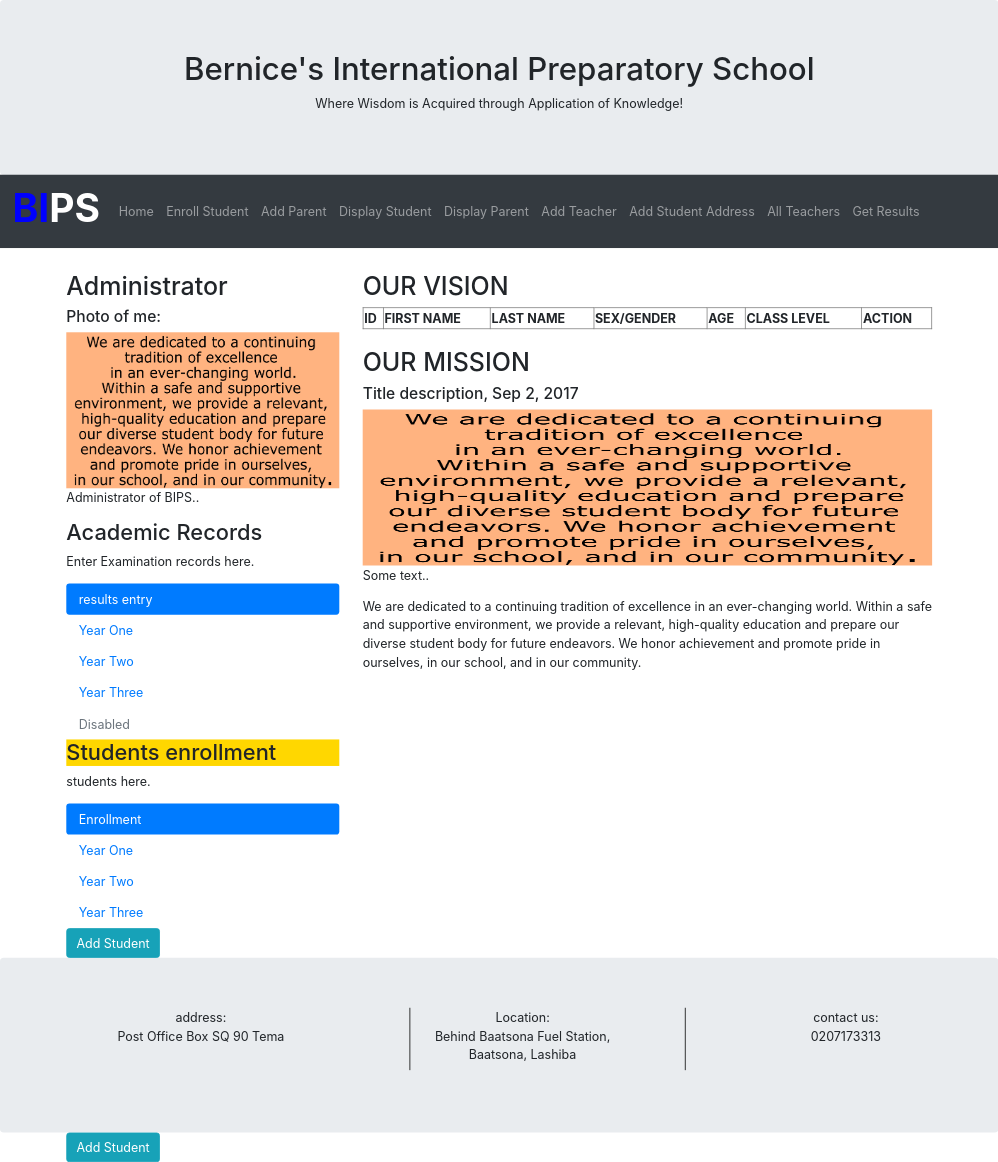
Repository: joseackah/eclipse-workspace
Page: http://localhost/com.school.mgt.system.Front.End/WEB-INF/views/adminHomePageExample2.jsp
An editor plug-in stored every save of this project. The page is shown before and after the next save, followed by the edit.
The browser window is 1280 px wide. The pictures show the whole page, at 78% of full size.
The page is served by Tomcat 9. Nobody is signed in. Other server files are loaded and not shown. The template is opened directly, without the code that normally fills it, so the values that code supplies are empty.

Above is the page before, as saved 2021-08-15 23:08:49.

### com.school.mgt.system.Front.End/src/main/webapp/WEB-INF/views/adminHomePageExample2.jsp
<%@ page language="java" contentType="text/html; charset=ISO-8859-1"
	pageEncoding="ISO-8859-1"%>
<%@ taglib uri="http://www.springframework.org/tags/form" prefix="form"%>
<%@ taglib uri="http://java.sun.com/jsp/jstl/core" prefix="c"%>
<!DOCTYPE html>
<html>
<head>
<meta charset="ISO-8859-1">
<title>Home Page</title>
<meta charset="utf-8">
<meta name="viewport" content="width=device-width, initial-scale=1">
<link rel="stylesheet"
	href="https://maxcdn.bootstrapcdn.com/bootstrap/4.5.2/css/bootstrap.min.css">
<script
	src="https://ajax.googleapis.com/ajax/libs/jquery/3.5.1/jquery.min.js"></script>
<script
	src="https://cdnjs.cloudflare.com/ajax/libs/popper.js/1.16.0/umd/popper.min.js"></script>
<script
	src="https://maxcdn.bootstrapcdn.com/bootstrap/4.5.2/js/bootstrap.min.js"></script>
<style>
.fakeimg {
	height: 200px;
	background: #aaa;
}
</style>
</head>
<body>
	<div class="jumbotron text-center" style="margin-bottom: 0">
		<h1>Bernice's International Preparatory School</h1>
		<p>Where Wisdom is Acquired through Application of Knowledge!</p>
	</div>

	<nav class="navbar navbar-expand-sm bg-dark navbar-dark">
		<a class="navbar-brand" href="#"><h1
				style="font-size: 50px; font-weight: bold;">
				<span style="color: blue; font-size:;">BI</span>PS
			</h1></a>
		<button class="navbar-toggler" type="button" data-toggle="collapse"
			data-target="#collapsibleNavbar">
			<span class="navbar-toggler-icon"></span>
		</button>
		<div class="collapse navbar-collapse" id="collapsibleNavbar">
			<ul class="navbar-nav">
				<li class="nav-item"><a class="nav-link"
					href="${pageContext.request.contextPath}/general/homePage">Home</a>
				</li>
				<li class="nav-item"><a class="nav-link"
					href="${pageContext.request.contextPath}/schoolStudents/moreStudentsForm">Enroll
						Student</a></li>
				<li class="nav-item"><a class="nav-link"
					href="${pageContext.request.contextPath}/schoolParents/showParentForm">Add
						Parent</a></li>
				<li class="nav-item"><a class="nav-link"
					href="${pageContext.request.contextPath}/schoolStudents/displayStudents">Display
						Student</a></li>
				<li class="nav-item"><a class="nav-link"
					href="${pageContext.request.contextPath}/schoolParents/displayParents">Display
						Parent</a></li>
				<li class="nav-item"><a class="nav-link"
					href="${pageContext.request.contextPath}/schoolStudents/showStudentsForm">Add
						Teacher</a></li>
				<li class="nav-item"><a class="nav-link"
					href="${pageContext.request.contextPath}/studentAddress/displayStudentAddress">Add
						Student Address</a></li>
				<li class="nav-item"><a class="nav-link"
					href="${pageContext.request.contextPath}/schoolTeachers/displayTeachers">All
						Teachers</a></li>
				<li class="nav-item"><a class="nav-link"
					href="${pageContext.request.contextPath}/general/lowerResults">Get
						Results</a></li>
			</ul>
		</div>
	</nav>

	<div class="container" style="margin-top: 30px">
		<div class="row">
			<div class="col-sm-4">
				<h2>Administrator</h2>
				<h5>Photo of me:</h5>
				<div class="fakeimg">
					<img alt="our mision"
						src="${pageContext.request.contextPath}/resources/png/mission.png"
						style="width: 100%; height: 100%;" />
				</div>
				<p>Administrator of BIPS..</p>

				<!--   academic record start here -->

				<h3>Academic Records</h3>
				<p>Enter Examination records here.</p>
				<ul class="nav nav-pills flex-column">
					<li class="nav-item"><a class="nav-link active" href="#">results
							entry</a></li>
					<li class="nav-item"><a class="nav-link" href="#">Year One</a>
					</li>
					<li class="nav-item"><a class="nav-link" href="#">Year Two</a>
					</li>
					<li class="nav-item"><a class="nav-link" href="#">Year
							Three</a></li>
					<li class="nav-item"><a class="nav-link disabled" href="#">Disabled</a>
					</li>
				</ul>
				<hr class="d-sm-none">

				<!-- academic record ends here -->

				<!-- student starts here -->
				<h3 style="background-color: gold;">Students enrollment</h3>
				<p>students here.</p>
				<ul class="nav nav-pills flex-column">
					<li class="nav-item"><a class="nav-link active">Enrollment</a>
					</li>
					<li class="nav-item"><a class="nav-link" href="#">Year One</a>
					</li>
					<li class="nav-item"><a class="nav-link" href="#">Year Two</a>
					</li>
					<li class="nav-item"><a class="nav-link" href="#">Year
							Three</a></li>
					<li class="nav-item">
						<!-- <a class="nav-link disabled" href="#">Disabled</a> -->
						<button type="button" class="btn btn-info float-left"
							data-toggle="modal" data-target="#myModal">Add Student</button>
					</li>
				</ul>
				<hr class="d-sm-none">
				<!--   students ends here -->
			</div>

			<!-- mission start here -->
			<div class="col-lg-8">
				<h2>OUR VISION</h2>

				<table border="1" id="name" style="width: 100%;">
					<thead>
						<tr>
							<th>ID</th>
							<th>FIRST NAME</th>
							<th>LAST NAME</th>
							<th>SEX/GENDER</th>
							<th>AGE</th>
							<th>CLASS LEVEL</th>

							<th>ACTION</th>
						</tr>
					</thead>
					<tbody id="myTable">
						<c:forEach items="${student}" var="student">
							<c:url value="update1" var="updateURL">
								<c:param value="${student.studentId}" name="studentId"></c:param>
								<c:param value="${student.firstName}" name="firstName"></c:param>
								<c:param value="${student.lastName}" name="lastName"></c:param>
								<c:param value="${student.sex}" name="sex"></c:param>
								<c:param value="${student.age}" name="age"></c:param>
								<c:param value="${student.classLevel}" name="classLevel"></c:param>


							</c:url>

							<c:url value="deleteStudents/${student.studentId}"
								var="removeURL">
								<!-- <c:param value="" name="id"></c:param> -->
							</c:url>

							<c:url value="results" var="results">
								<c:param value="${student.studentId}" name="studentId"></c:param>
								<c:param value="${student.firstName}" name="firstName"></c:param>
								<c:param value="${student.lastName}" name="lastName"></c:param>
								<c:param value="${student.sex}" name="sex"></c:param>
								<c:param value="${student.age}" name="age"></c:param>
								<c:param value="${student.classLevel}" name="classLevel"></c:param>
							</c:url>

							<tr>
								<td>${student.studentId}</td>
								<td>${student.firstName}</td>
								<td>${student.lastName}</td>
								<td>${student.sex}</td>
								<td>${student.age}</td>
								<td>${student.classLevel}</td>

								<td><a href="${updateURL }">Update</a> | <a
									href="${removeURL }"
									onclick="if (!confirm('Are you sure you want to delete this record?')) return false">Delete</a>
									| <a href="${results}">Results</a></td>
							</tr>

						</c:forEach>
					</tbody>

				</table>
${student}


				<!-- mission end here -->

				<br>
				<h2>OUR MISSION</h2>
				<h5>Title description, Sep 2, 2017</h5>
				<div class="fakeimg">
					<img alt=""
						src="${pageContext.request.contextPath}/resources/png/mission.png"
						style="width: 100%; height: 100%;">
				</div>
				<p>Some text..</p>
				<p>We are dedicated to a continuing tradition of excellence in
					an ever-changing world. Within a safe and supportive environment,
					we provide a relevant, high-quality education and prepare our
					diverse student body for future endeavors. We honor achievement and
					promote pride in ourselves, in our school, and in our community.</p>
			</div>
		</div>
	</div>

	<div class="jumbotron text-center"
		style="margin-bottom: 0; align-context: space-between;">
		<div style="justify-content: center;">
			<div style="display: flex; float: center; justify-content: center;">
				<p style="margin-right: 10em">
					address: <br /> Post Office Box SQ 90 Tema
				</p>
				<p
					style="border-left: 1px solid black; height: 80px; position: fix; left: 35%; padding-right: 2em;">
				</p>
				<p style="display: flex; float: right;">
					Location: <br /> Behind Baatsona Fuel Station, <br> Baatsona,
					Lashiba
				</p>
				<P
					style="border-left: 1px solid black; height: 80px; position: fix; right: 50%; margin-left: 6em;">
				</P>
				<p style="margin-left: 10em">
					contact us:<br /> 0207173313
				</p>
			</div>


		</div>
	</div>


	<!-- test form -->

	<div class="container">
		<button type="button" class="btn btn-info float-left"
			data-toggle="modal" data-target="#myModal">Add Student</button>

		<!-- Modal -->
		<div class="modal fade" id="myModal" role="dialog">
			<div class="modal-dialog">

				<!-- Modal content-->
				<div class="modal-content">
					<div class="modal-header">
						<h4 class="modal-title text-primary">ADD NEW STUDENT</h4>
						<button type="button" class="close" data-dismiss="modal">&times;</button>
					</div>
					<div class="modal-body">




						<form
							action="${pageContext.request.contextPath }/aitiKaceStudentsApiConsumption/saveAitiKaceStudent=SaMEmE=HsuSGS-MlsjHS-DN-aDDF-Fdddde-sAmKoG=SmO-sLnINbds=LonCrshs-bBidbdd"
							method="post">

							<div class="modal-body">

								<div class="row">
									<div class="col">

										<div class="form-group">

											<input name="student_id" type="text"
												class="form-control checking_student_id" id="student_id"
												value="" placeholder="Student ID" required> <span
												class="error_student_id" id="student_id_error_message"
												style="color: red;"></span>
										</div>
									</div>
									<div class="col">

										<div class="form-group">
											<input name="student_name" type="text" class="form-control"
												id="student_name" value="" placeholder="Student Name"
												required> <span id="student_name_error_message"
												style="color: red;"></span>
										</div>


									</div>








								</div>



								<div class="form-group">
									<label>COURSE</label> <select class="form-control"
										name="course">
										<option value="">Select Course</option>
										<option value="Certificate in Software Development">Certificate
											in Software Development</option>
										<option value="Cisco Certified Network Associate">Cisco
											Certified Network Associate</option>
										<option value="Cisco Certified Network Professionals">Cisco
											Certified Network Professionals</option>
										<option value="International Computer Driving Licence">International
											Computer Driving Licence</option>
										<option value="Cyber Security">Cyber Security</option>
										<option value="Network Information Security">Network
											Information Security</option>
										<option value="Certified Information System Auditor">Certified
											Information System Auditor</option>
										<option value="Big Data Analytics">Big Data Analytics</option>
										<option value="Web Technologies">Web Technologies</option>
										<option value="Java Programming">Java Programming</option>
										<option value="Computing Infrastructure Systems & Security">Computing
											Infrastructure Systems & Security</option>
									</select>
								</div>



								<div class="row">
									<div class="col">



										<div class="form-group">
											<label>COURSE LEVEL</label> <input name="course_level"
												type="text" class="form-control" id="course_level" value=""
												placeholder="CSD1.5" required> <span
												id="course_level_error_message" style="color: red;"></span>
										</div>


									</div>

									<div class="col">

										<div class="form-group">
											<label>DATE OF BIRTH</label> <input name="date_of_birth"
												type="date" class="form-control checking_date_of_birth"
												id="date_of_birth" value="" placeholder="example@play.com"
												required> <span class="error_date_of_birth"
												id="date_of_birth_error_message" style="color: red;"></span>
										</div>


									</div>
								</div>


								<div class="form-group">
									<label>EMAIL</label> <input name="email" type="email"
										class="form-control checking_email" id="email" value=""
										placeholder="example@play.com" required> <span
										class="error_email" id="email_error_message"
										style="color: red;"></span>
								</div>


								<div class="row">
									<div class="col">


										<div class="form-group">
											<label>PHONE NUMBER</label> <input name="phone" type="text"
												class="form-control checking_phone" id="phone" value=""
												placeholder="0*************" required> <span
												class="error_phone" id="phone_error_message"
												style="color: red;"></span>
										</div>
									</div>
									<div class="col">
										<div class="form-group">
											<label>GENDER</label> <select class="form-control"
												name="gender">
												<option>Select</option>
												<option value="Male">Male</option>
												<option value="Female">Female</option>
											</select>
										</div>

									</div>
								</div>

								<div class="form-group">
									<label>ADDRESS</label> <input name="address" type="text"
										class="form-control" id="address" value=""
										placeholder="Tema Comm 1" required> <span
										id="course_level_error_message" style="color: red;"></span>
								</div>


								<div class="row">
									<div class="col">


										<div class="form-group">
											<label>COURSE START DATE</label> <input
												name="course_start_date" type="date"
												class="form-control checking_date_of_birth"
												id="course_start_date" value=""
												placeholder="example@play.com" required> <span
												class="error_date_of_birth" id="date_of_birth_error_message"
												style="color: red;"></span>
										</div>

									</div>
									<div class="col">


										<div class="form-group">
											<label>COURSE END DATE</label> <input name="course_end_date"
												type="date" class="form-control checking_date_of_birth"
												id="course_end_date" value="" placeholder="example@play.com"
												required> <span class="error_date_of_birth"
												id="date_of_birth_error_message" style="color: red;"></span>
										</div>

									</div>
								</div>
</body>
</html>

After the next save:
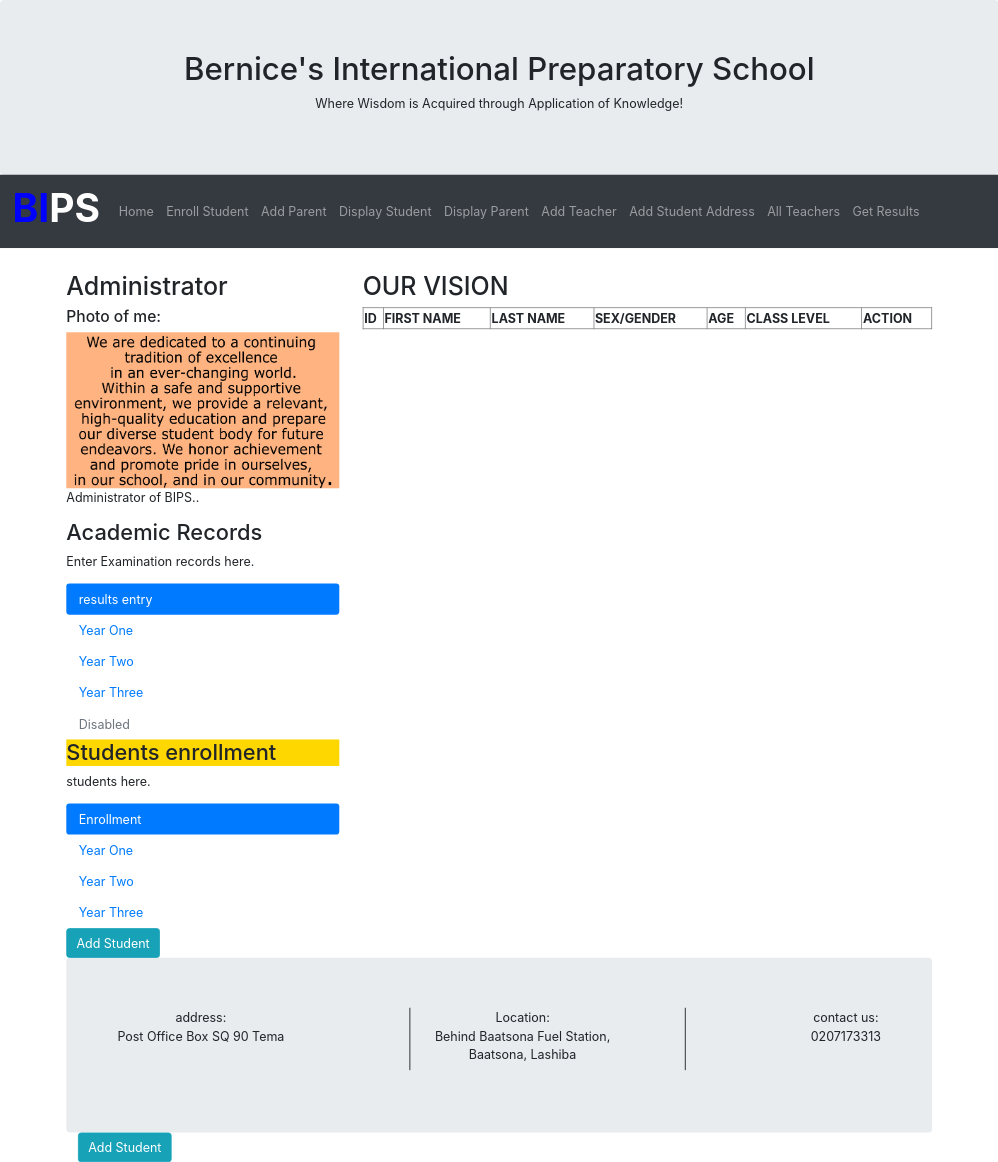
Saved 75 s later.
--- a/com.school.mgt.system.Front.End/src/main/webapp/WEB-INF/views/adminHomePageExample2.jsp
+++ b/com.school.mgt.system.Front.End/src/main/webapp/WEB-INF/views/adminHomePageExample2.jsp
@@ -194,20 +194,7 @@ ${student}
 				<!-- mission end here -->
 
 				<br>
-				<h2>OUR MISSION</h2>
-				<h5>Title description, Sep 2, 2017</h5>
-				<div class="fakeimg">
-					<img alt=""
-						src="${pageContext.request.contextPath}/resources/png/mission.png"
-						style="width: 100%; height: 100%;">
-				</div>
-				<p>Some text..</p>
-				<p>We are dedicated to a continuing tradition of excellence in
-					an ever-changing world. Within a safe and supportive environment,
-					we provide a relevant, high-quality education and prepare our
-					diverse student body for future endeavors. We honor achievement and
-					promote pride in ourselves, in our school, and in our community.</p>
-			</div>
+
 		</div>
 	</div>
 
